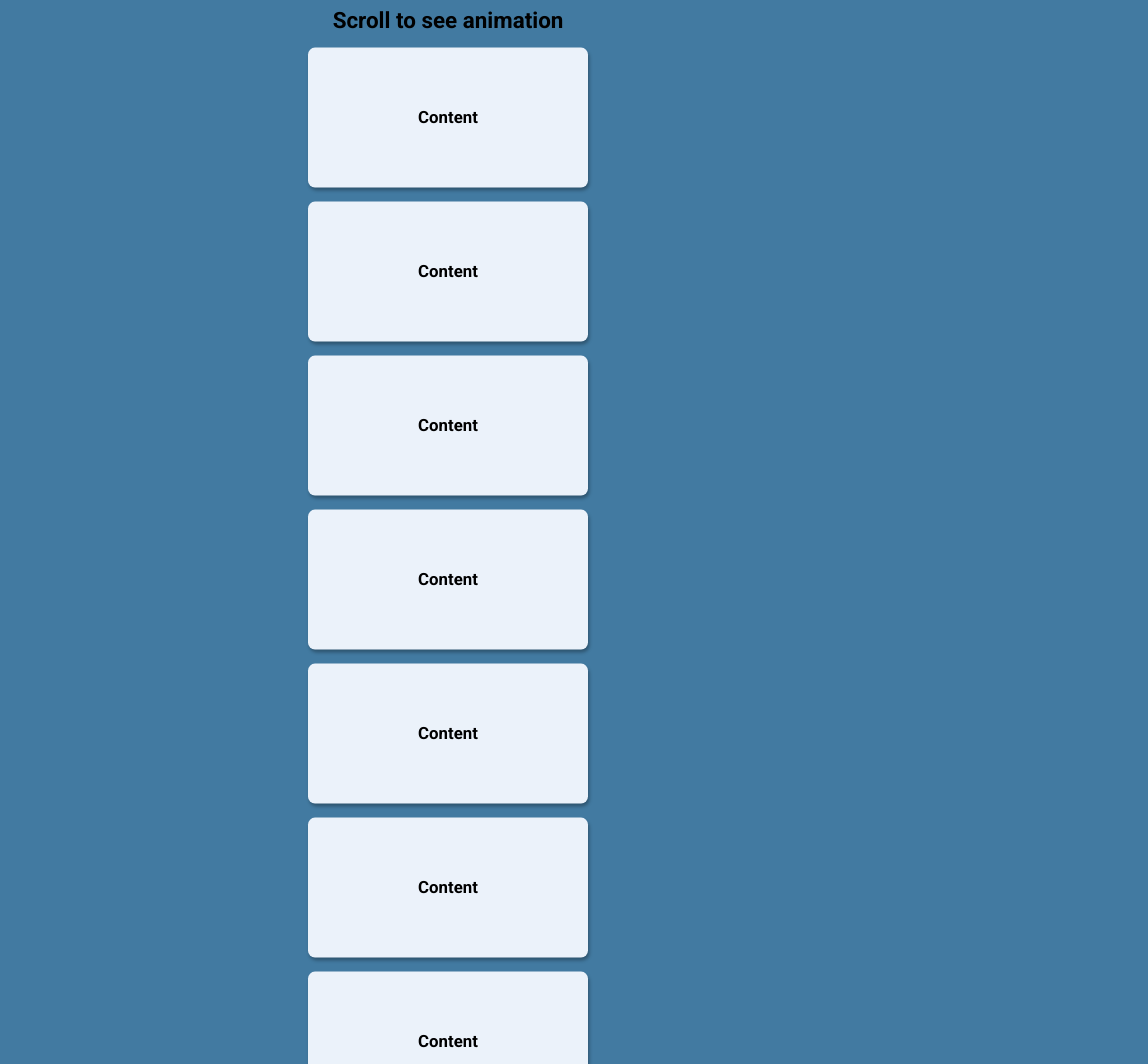
Repository: thecoachanna/scroll-animation
Page: index.html
The author's editor kept a copy of each file at every save. The page is drawn from the files as they stood at one save, then again after a run of saves.
The browser window is 1280 px wide. The page is 1280 px wide, then 1640 px, so the pictures cover 1640 px, including what lies to the right of the window. The pictures show the part of the page from y = 0 to 1520 px (the page is 2918 px tall), at 70% of full size.
Some web fonts or font styles are not loaded; a fallback is used.

Above is the page before, as saved 2023-02-20 12:49:33.

After the next 7 saves:
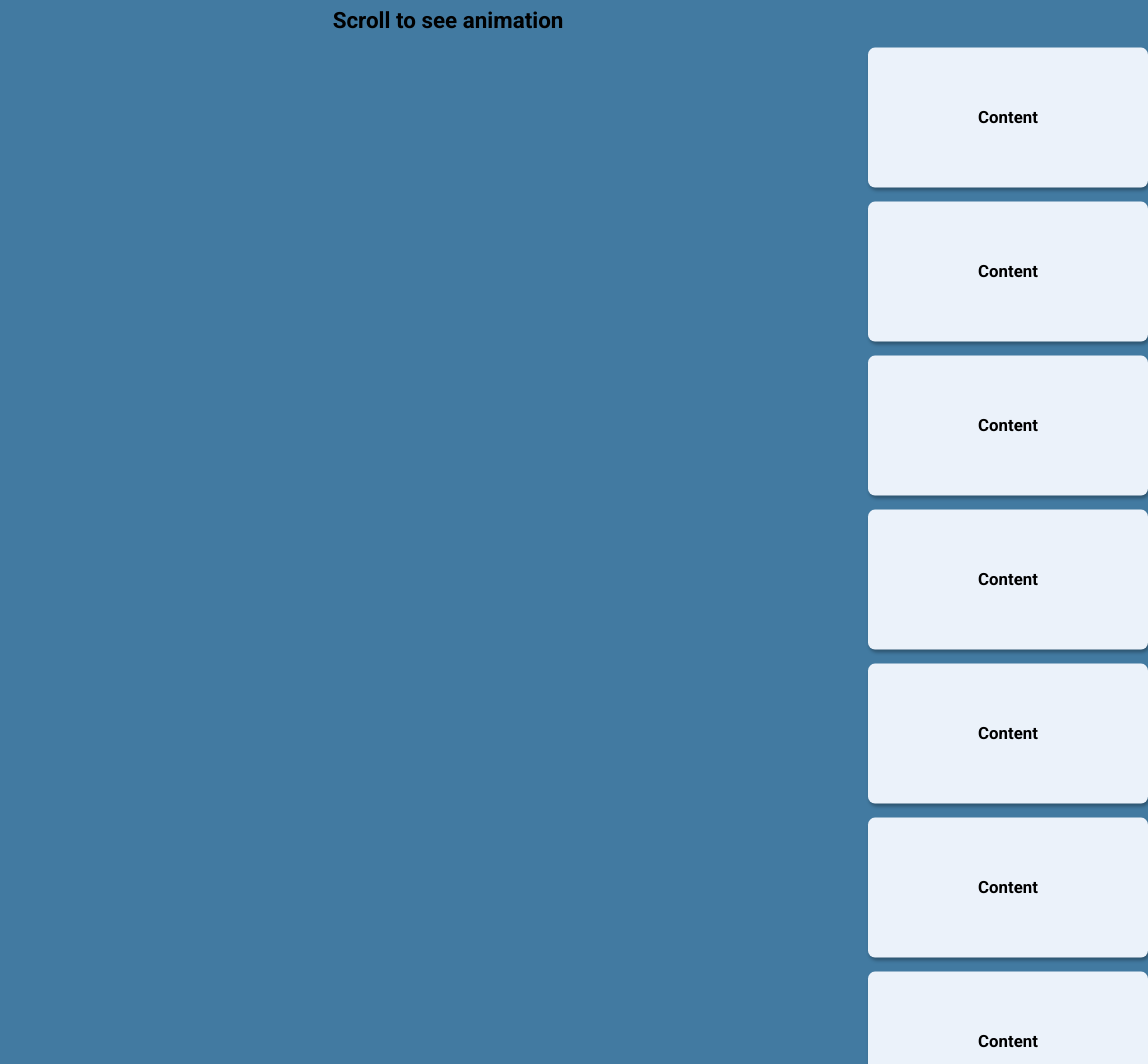
The 7 saves are shown as one change because they came seconds apart.
The last was saved 61 s later.
--- a/style.css
+++ b/style.css
@@ -30,4 +30,5 @@ h1 {
     margin: 10px;
     border-radius: 10px;
     box-shadow: 2px 4px 5px rgba(0, 0, 0, 0.3);
+    transform: translateX(200%);
 }
